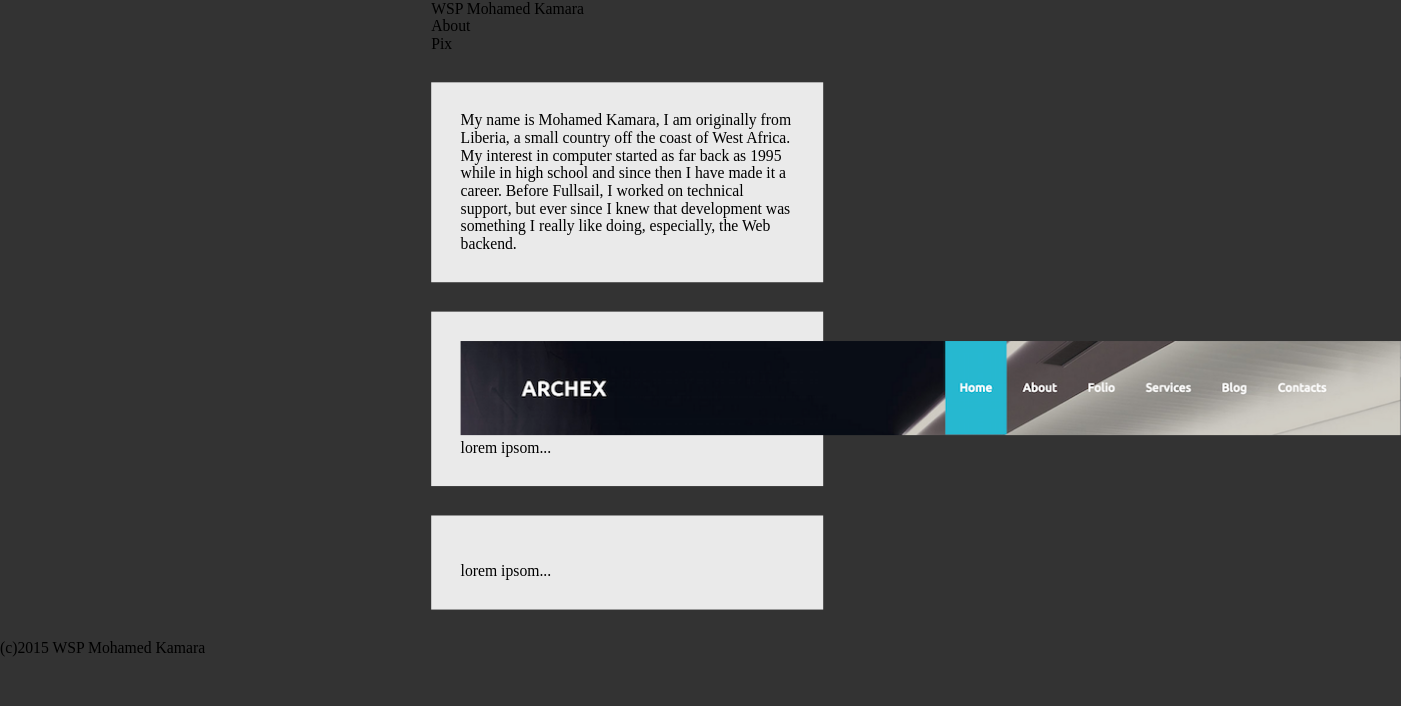
Repository: makamara/WSP_Project
Page: wsp/index.html
The author's editor kept a copy of each file at every save. The page is drawn from the files as they stood at one save, then again after the next save.
The browser window is 1280 px wide. The page is 1430 px wide, so the pictures cover 1430 px, including what lies to the right of the window. The pictures show the whole page, at 98% of full size.

Above is the page before, as saved 2015-09-15 05:02:31.

After the next save:
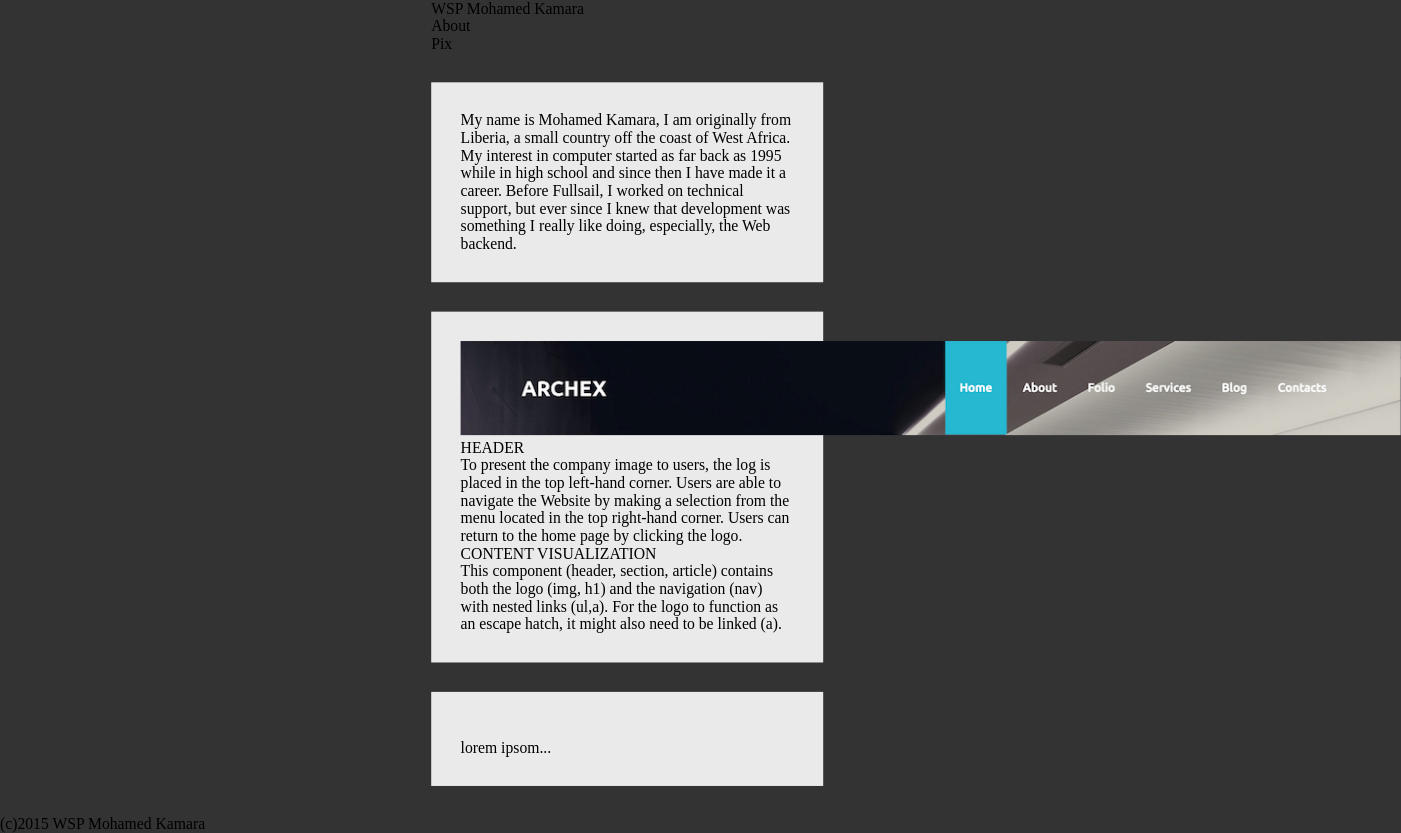
Saved 18 min 47 s later.
--- a/wsp/index.html
+++ b/wsp/index.html
@@ -15,7 +15,7 @@
 
 	<!-- About -->
 	<section>
-		<h3>About</h3>
+		<h1>About</h1>
 		<div class="image">Pix</div>
 		<article>
 		<p>My name is Mohamed Kamara, I am originally from Liberia, a small country off the coast of West Africa. My interest in computer
@@ -31,7 +31,14 @@
 		<article>
 
 			<img src="images/header.png" alt="" />
-			<p>lorem ipsom...</p>
+			<h1>HEADER</h1>
+			<p>To present the company image to users, the log is placed in the top left-hand corner. Users are able to navigate the Website
+			by making a selection from the menu located in the top right-hand corner. Users can return to the home page by clicking the logo.
+			</p>
+			<h1>CONTENT VISUALIZATION</h1>
+			<p>This component (header, section, article) contains both the logo (img, h1) and the navigation (nav) with nested links (ul,a).
+			For the logo to function as an escape hatch, it might also need to be linked (a).
+			</p>
 		</article>
 
 		<article>
